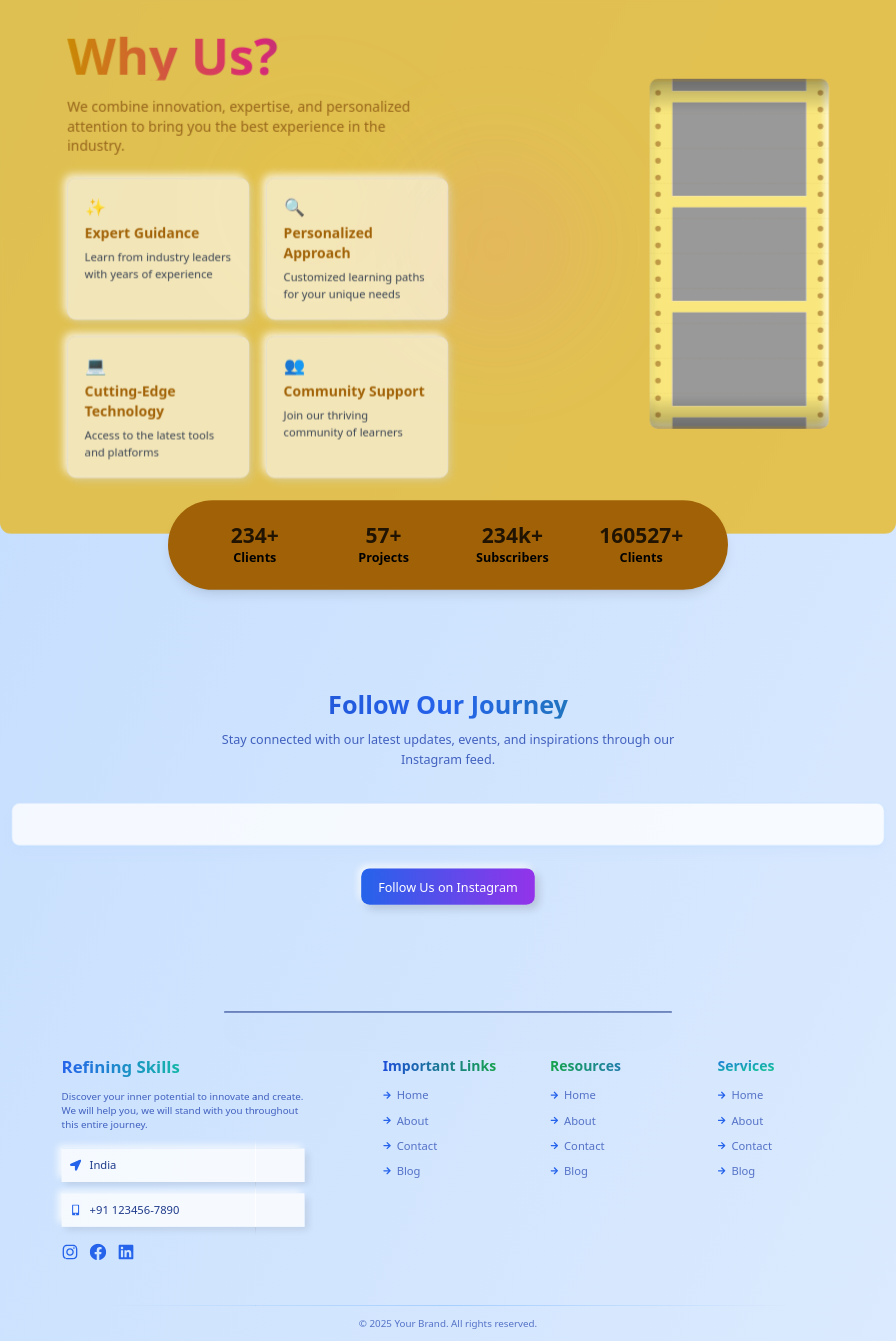
Repository: Kish202/rsacademy
Page: / (app in frontend/)
These files come from the project's save history. The page is drawn as it stood at one moment and after the next save; the edit follows.
The browser window is 1280 px wide. The pictures show the part of the page from y = 822 to 2742 px (the page is 2738 px tall before and 2742 px after), at 70% of full size.
Pictures or frames that could not be fetched are drawn as grey boxes. The project was rebuilt for these pictures with package versions that can differ from the ones it lists, and the page was loaded fresh each time. Also part of the build but not shown: frontend/vite.config.js, frontend/src/components/ReviewsFeed.jsx.

Above is the page before, as saved 2025-04-27 23:19:49.

After the next save:
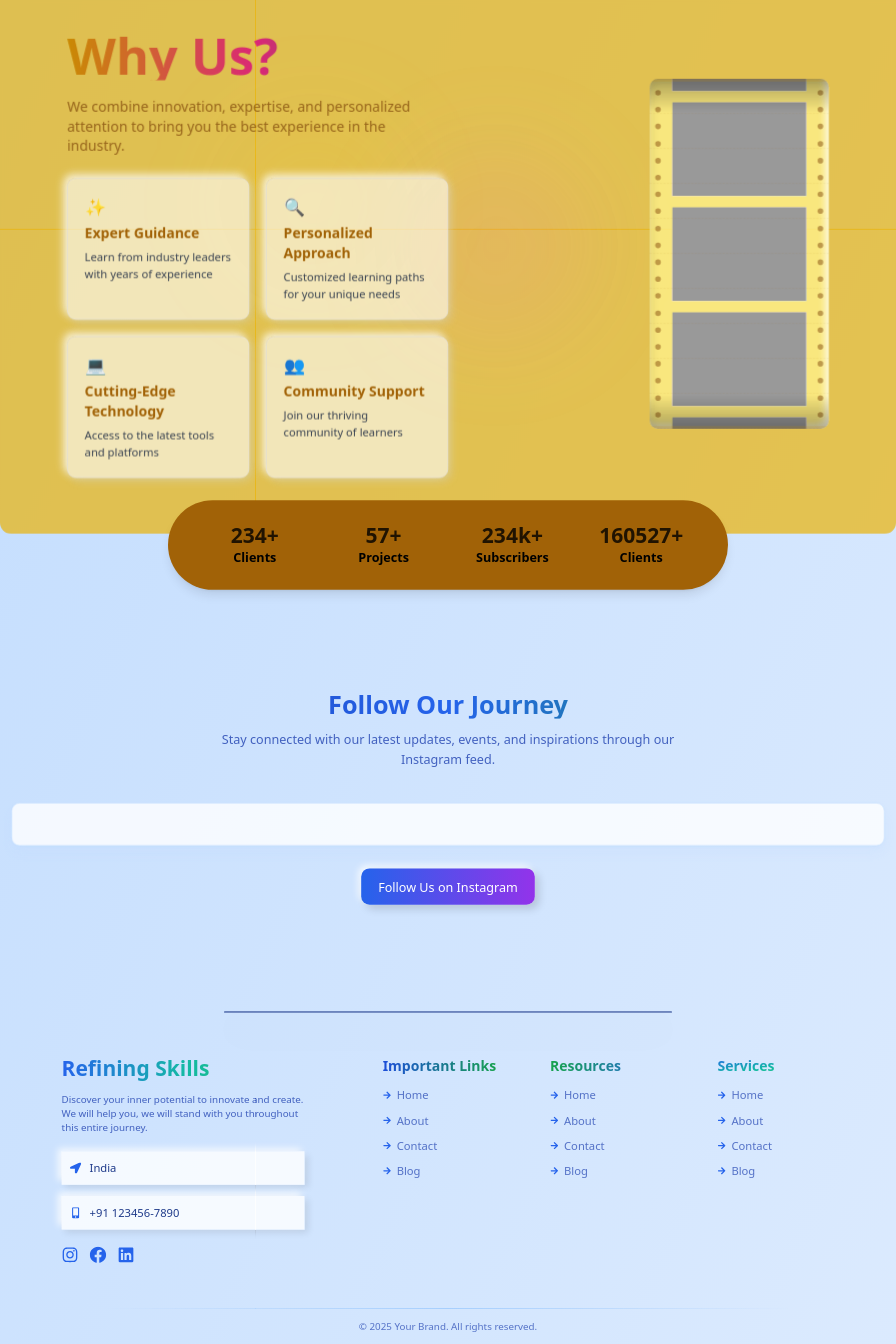
Saved 14 s later.
--- a/frontend/src/components/Footer.jsx
+++ b/frontend/src/components/Footer.jsx
@@ -49,7 +49,7 @@ function Footer() {
         <div className="grid md:grid-cols-3 py-8 md:px-10">
           {/* Company Info */}
           <div className="py-8 px-4">
-            <h1 className={`text-2xl font-bold sm:text-left text-justify mb-4 flex items-center gap-3 font-satoshi
+            <h1 className={`text-3xl font-bold sm:text-left text-justify mb-4 flex items-center gap-3 font-satoshi
               ${isDarkMode
                 ? 'bg-gradient-to-r from-pink-400 via-yellow-300 to-pink-300 bg-clip-text text-transparent'
                 : 'bg-gradient-to-r from-blue-600 via-teal-500 to-green-500 bg-clip-text text-transparent'}`}>
